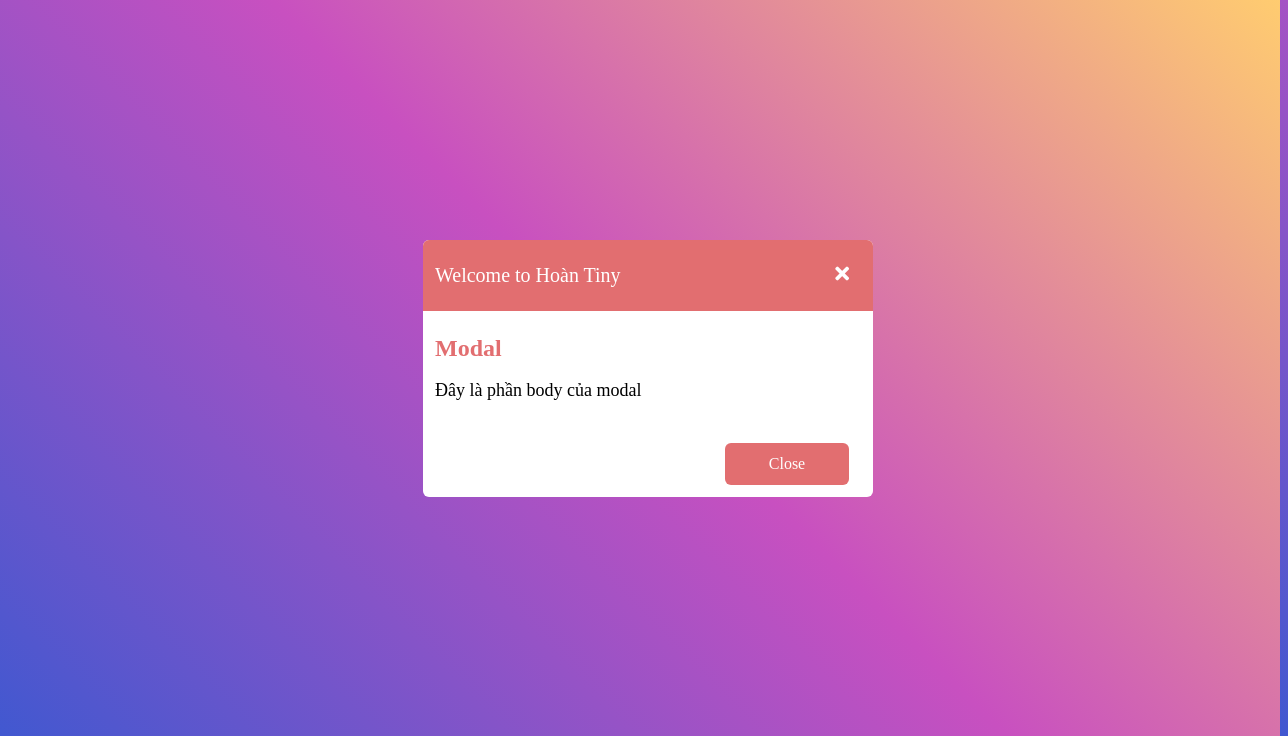
Repository: HoanTiny/30projects-30day
Page: Day 3/index.html
The author's editor kept a copy of each file at every save. The page is drawn from the files as they stood at one save, then again after the next save.
The browser window is 1280 px wide. The page is 1288 px wide, so the pictures cover 1288 px, including what lies to the right of the window. The pictures show the whole page.
Some web libraries are served in a nearby version.

Above is the page before, as saved 2021-12-01 16:11:26.

After the next save:
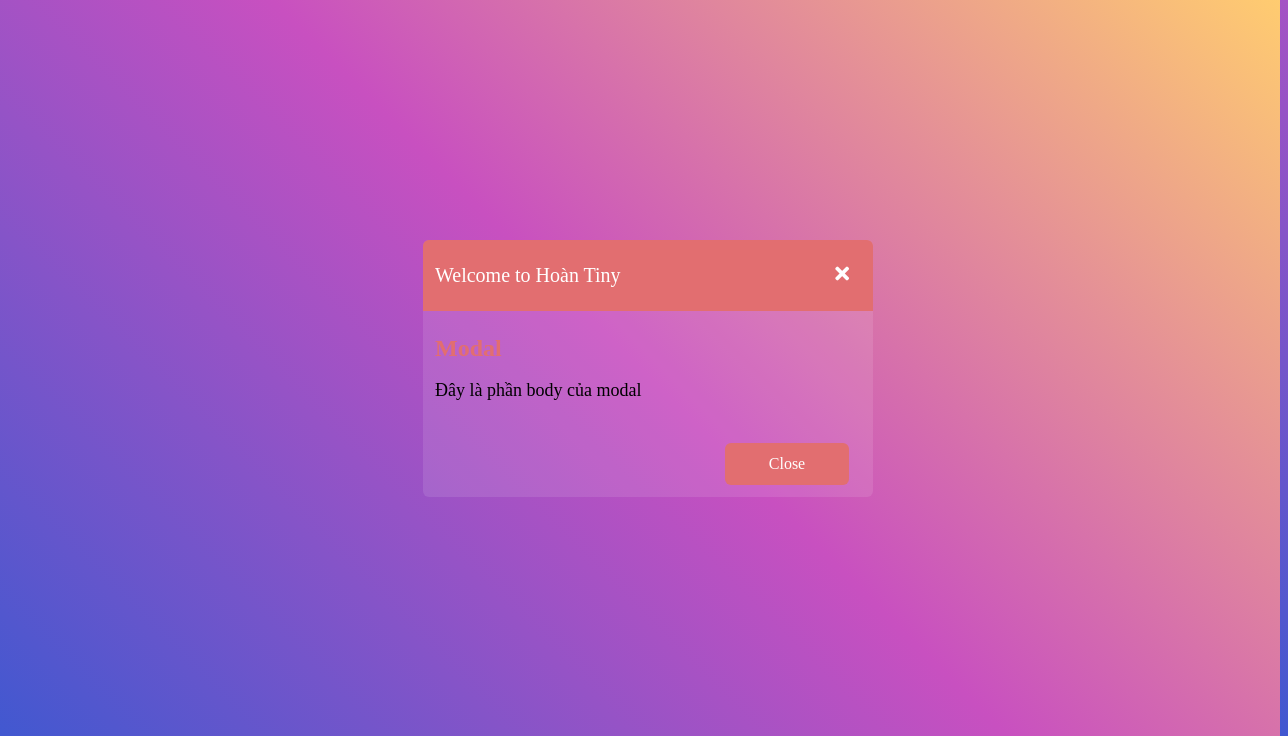
Saved 23 s later.
--- a/Day 3/styles.css
+++ b/Day 3/styles.css
@@ -22,6 +22,7 @@
     width: 450px;
     border-radius: 6px;
     overflow: hidden;
+    background-color: rgba(255, 255, 255, 0.1);
 }
 
 .header-modal {

After the 2 saves that followed:
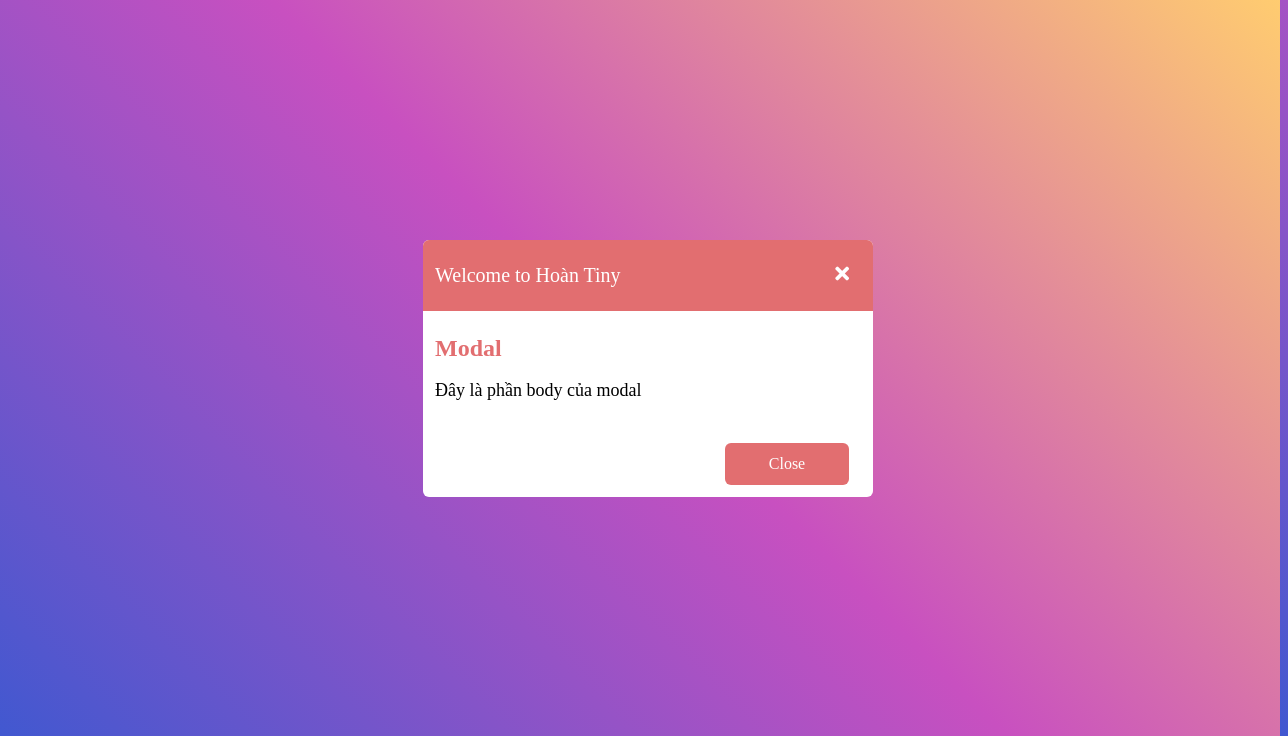
The 2 saves are shown as one change because 1 left the picture as it was.
The last was saved 32 s later.
--- a/Day 3/styles.css
+++ b/Day 3/styles.css
@@ -22,7 +22,10 @@
     width: 450px;
     border-radius: 6px;
     overflow: hidden;
-    background-color: rgba(255, 255, 255, 0.1);
+}
+
+.container {
+    z-index: 1;
 }
 
 .header-modal {
